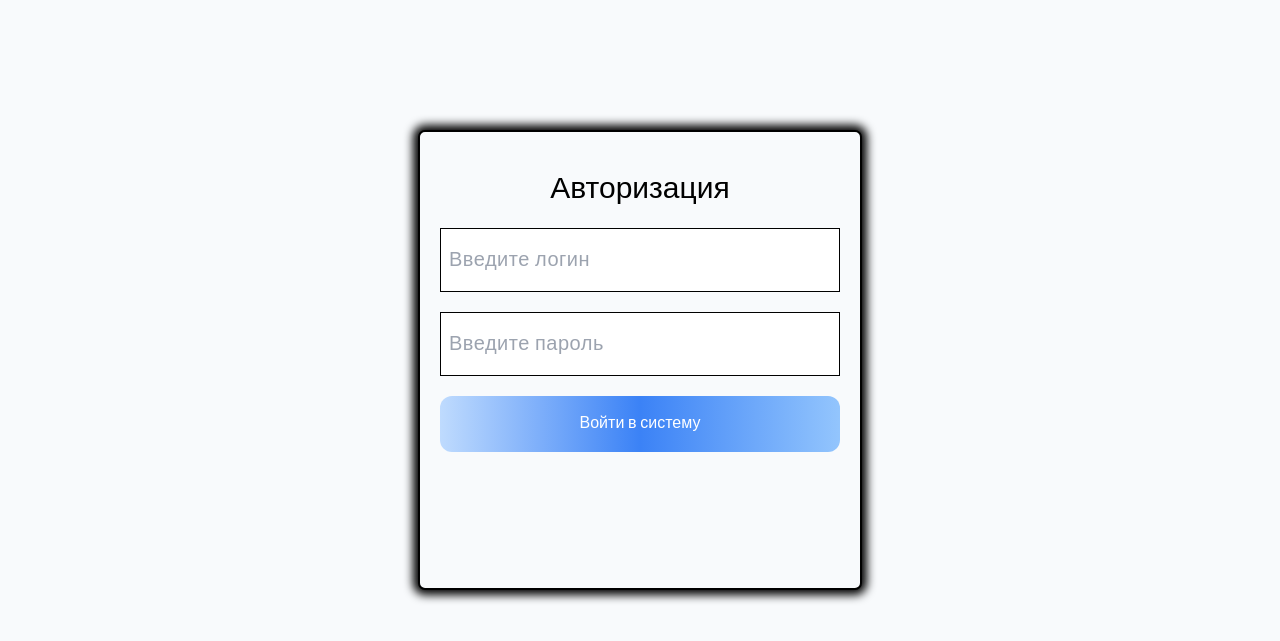
Repository: AlearvickOne/CartridgesApp
Page: /
The author's editor kept a copy of each file at every save. The page is drawn from the files as they stood at one save, then again after the next save.
The browser window is 1280 px wide. The pictures show the whole page.
The page's requests for data from a server got no answer. The project was rebuilt for these pictures with package versions that can differ from the ones it lists, and the page was loaded fresh each time. The framework's server and built-in components were replaced by stand-ins that run in the browser. No one was signed in, and anything a server would have sent is missing. Also part of the build but not shown: next.config.mjs.

Above is the page before, as saved 2024-04-19 15:59:46.

After the next save:
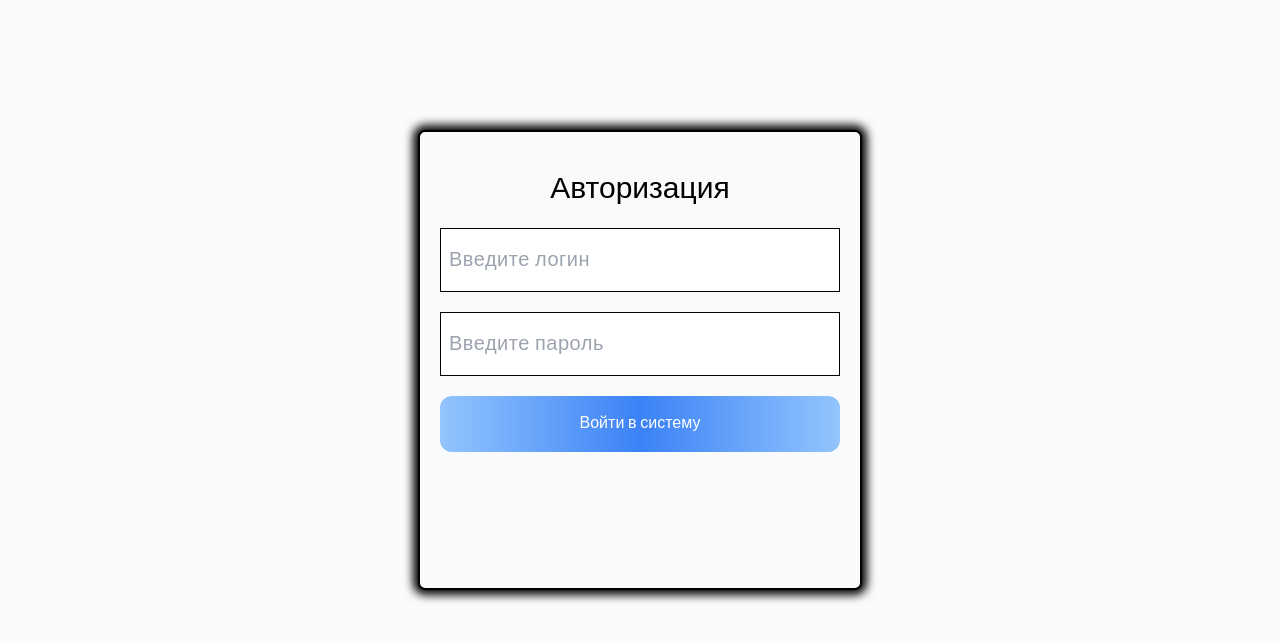
Saved 4 s later.
--- a/src/styles/home/Home.module.scss
+++ b/src/styles/home/Home.module.scss
@@ -16,7 +16,7 @@
       }
 
       > button {
-        @apply p-2 rounded-xl hover:text-violet-200 text-white h-14 bg-gradient-to-r from-blue-200 via-blue-500 to-blue-300;
+        @apply p-2 rounded-xl hover:text-violet-200 text-white h-14 bg-gradient-to-r from-blue-300 via-blue-500 to-blue-300;
       }
     }
   }
